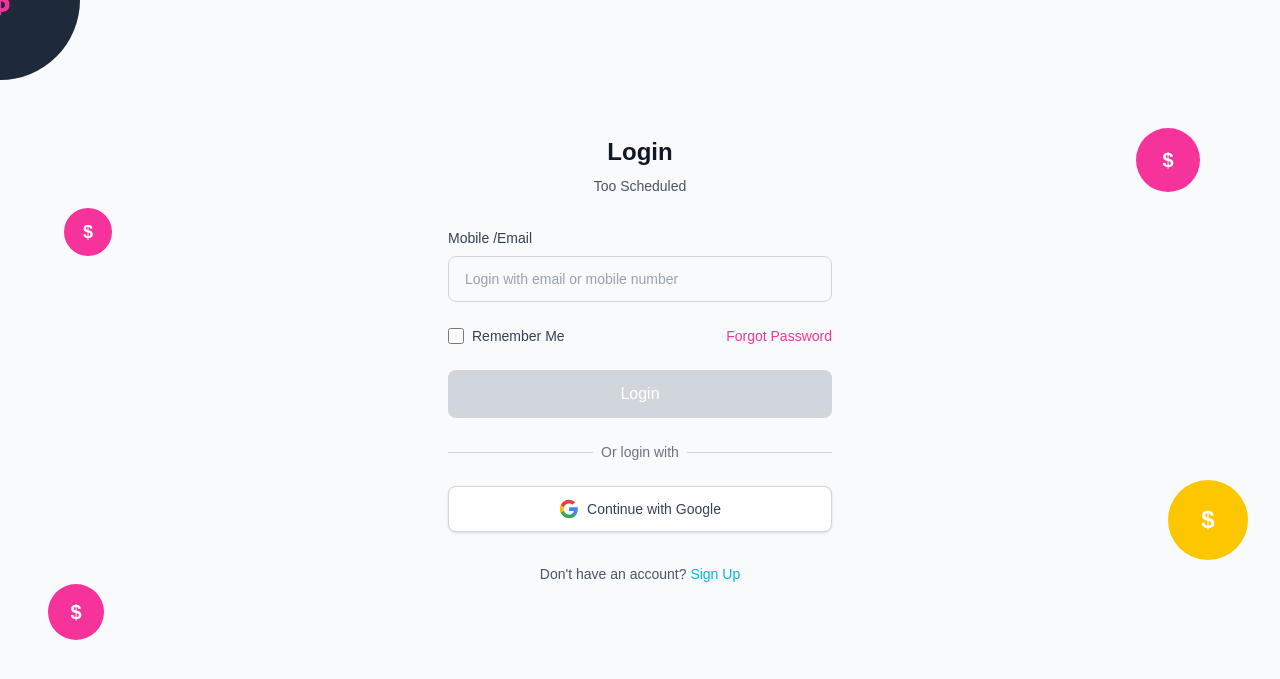
Repository: kiran2k5-ai/doctor-booking
Page: /login
The author's editor kept a copy of each file at every save. The page is drawn from the files as they stood at one save, then again after the next save.
The browser window is 1280 px wide. The pictures show the whole page.
The project was rebuilt for these pictures with package versions that can differ from the ones it lists, and the page was loaded fresh each time. The framework's server and built-in components were replaced by stand-ins that run in the browser. Also part of the build but not shown: next.config.ts.

Above is the page before, as saved 2025-07-29 20:29:31.

### src/app/login/page.tsx
'use client';

import { useState } from 'react';
import Link from 'next/link';
import { useRouter } from 'next/navigation';

export default function LoginPage() {
  const [contact, setContact] = useState('');
  const [isLoading, setIsLoading] = useState(false);
  const [error, setError] = useState('');
  const router = useRouter();
  const handleSubmit = async (e: React.FormEvent) => {
    e.preventDefault();
    setIsLoading(true);
    setError('');

    try {
      const response = await fetch('/api/auth/login', {
        method: 'POST',
        headers: {
          'Content-Type': 'application/json',
        },
        body: JSON.stringify({ contact }),
      });

      const data = await response.json();

      if (!response.ok) {
        throw new Error(data.error || 'Login failed');
      }

      // Store contact for OTP verification
      sessionStorage.setItem('loginContact', contact);

      // Navigate to OTP verification
      router.push('/otp-verification');

    } catch (err) {
      setError(err instanceof Error ? err.message : 'An error occurred');
    } finally {
      setIsLoading(false);
    }
  };

  return (
    <div className="min-h-screen bg-gray-50 relative overflow-hidden">
      {/* Floating Background Elements */}
      <div className="absolute inset-0 overflow-hidden">
        {/* Large dark circle */}
        <div className="absolute -top-20 -left-20 w-40 h-40 bg-gray-800 rounded-full flex items-center justify-center">
          <span className="text-pink-500 text-4xl font-bold">$</span>
        </div>

        {/* Small pink circles */}
        <div className="absolute top-32 right-20 w-16 h-16 bg-pink-500 rounded-full flex items-center justify-center">
          <span className="text-white text-xl font-bold">$</span>
        </div>

        <div className="absolute top-52 left-16 w-12 h-12 bg-pink-500 rounded-full flex items-center justify-center">
          <span className="text-white text-lg font-bold">$</span>
        </div>

        <div className="absolute bottom-40 right-8 w-20 h-20 bg-yellow-400 rounded-full flex items-center justify-center">
          <span className="text-white text-2xl font-bold">$</span>
        </div>

        <div className="absolute bottom-20 left-12 w-14 h-14 bg-pink-500 rounded-full flex items-center justify-center">
          <span className="text-white text-xl font-bold">$</span>
        </div>
      </div>

      {/* Main Content */}
      <div className="relative z-10 min-h-screen flex flex-col justify-center px-6 py-12">
        <div className="w-full max-w-sm mx-auto">
          {/* Header */}
          <div className="text-center mb-8">
            <h1 className="text-2xl font-semibold text-gray-900 mb-2">Login</h1>
            <p className="text-gray-600 text-sm">Too Scheduled</p>
          </div>

          {/* Login Form */}
          <form className="space-y-6" onSubmit={handleSubmit}>
            {/* Error Message */}
            {error && (
              <div className="bg-red-50 border border-red-200 rounded-lg p-3">
                <p className="text-red-600 text-sm">{error}</p>
              </div>
            )}

            {/* Mobile/Email Input */}
            <div>
              <label htmlFor="contact" className="block text-sm font-medium text-gray-700 mb-2">
                Mobile /Email
              </label>
              <input
                id="contact"
                name="contact"
                type="text"
                value={contact}
                onChange={(e) => setContact(e.target.value)}
                placeholder="Login with email or mobile number"
                className="w-full px-4 py-3 border border-gray-300 rounded-lg focus:ring-2 focus:ring-cyan-500 focus:border-transparent text-sm placeholder-gray-400"
                required
              />
            </div>

            {/* Remember Me & Forgot Password */}
            <div className="flex items-center justify-between">
              <div className="flex items-center">
                <input
                  id="remember-me"
                  name="remember-me"
                  type="checkbox"
                  className="h-4 w-4 text-cyan-500 focus:ring-cyan-500 border-gray-300 rounded"
                />
                <label htmlFor="remember-me" className="ml-2 block text-sm text-gray-700">
                  Remember Me
                </label>
              </div>
              <Link
                href="/forgot-password"
                className="text-sm text-pink-500 hover:text-pink-600"
              >
                Forgot Password
              </Link>
            </div>

            {/* Login Button */}
            <button
              type="submit"
              disabled={isLoading || !contact.trim()}
              className="w-full bg-cyan-400 hover:bg-cyan-500 disabled:bg-gray-300 disabled:cursor-not-allowed text-white font-medium py-3 px-4 rounded-lg transition duration-200"
            >
              {isLoading ? 'Sending OTP...' : 'Login'}
            </button>

            {/* Divider */}
            <div className="relative">
              <div className="absolute inset-0 flex items-center">
                <div className="w-full border-t border-gray-300" />
              </div>
              <div className="relative flex justify-center text-sm">
                <span className="px-2 bg-gray-50 text-gray-500">Or login with</span>
              </div>
            </div>

            {/* Google Login */}
            <button
              type="button"
              className="w-full flex items-center justify-center px-4 py-3 border border-gray-300 rounded-lg shadow-sm bg-white text-sm font-medium text-gray-700 hover:bg-gray-50 transition duration-200"
            >
              <svg className="w-5 h-5 mr-2" viewBox="0 0 24 24">
                <path
                  fill="#4285F4"
                  d="M22.56 12.25c0-.78-.07-1.53-.2-2.25H12v4.26h5.92c-.26 1.37-1.04 2.53-2.21 3.31v2.77h3.57c2.08-1.92 3.28-4.74 3.28-8.09z"
                />
                <path
                  fill="#34A853"
                  d="M12 23c2.97 0 5.46-.98 7.28-2.66l-3.57-2.77c-.98.66-2.23 1.06-3.71 1.06-2.86 0-5.29-1.93-6.16-4.53H2.18v2.84C3.99 20.53 7.7 23 12 23z"
                />
                <path
                  fill="#FBBC05"
                  d="M5.84 14.09c-.22-.66-.35-1.36-.35-2.09s.13-1.43.35-2.09V7.07H2.18C1.43 8.55 1 10.22 1 12s.43 3.45 1.18 4.93l2.85-2.22.81-.62z"
                />
                <path
                  fill="#EA4335"
                  d="M12 5.38c1.62 0 3.06.56 4.21 1.64l3.15-3.15C17.45 2.09 14.97 1 12 1 7.7 1 3.99 3.47 2.18 7.07l3.66 2.84c.87-2.6 3.3-4.53 6.16-4.53z"
                />
              </svg>
              Continue with Google
            </button>
          </form>

          {/* Sign Up Link */}
          <div className="mt-8 text-center">
            <p className="text-sm text-gray-600">
              Don't have an account?{' '}
              <Link
                href="/signup"
                className="text-cyan-500 hover:text-cyan-600 font-medium"
              >
                Sign Up
              </Link>
            </p>
          </div>
        </div>
      </div>
    </div>
  );
}

Loaded but not shown: src/app/layout.tsx (common file); src/app/globals.css (common file)

After the next save:
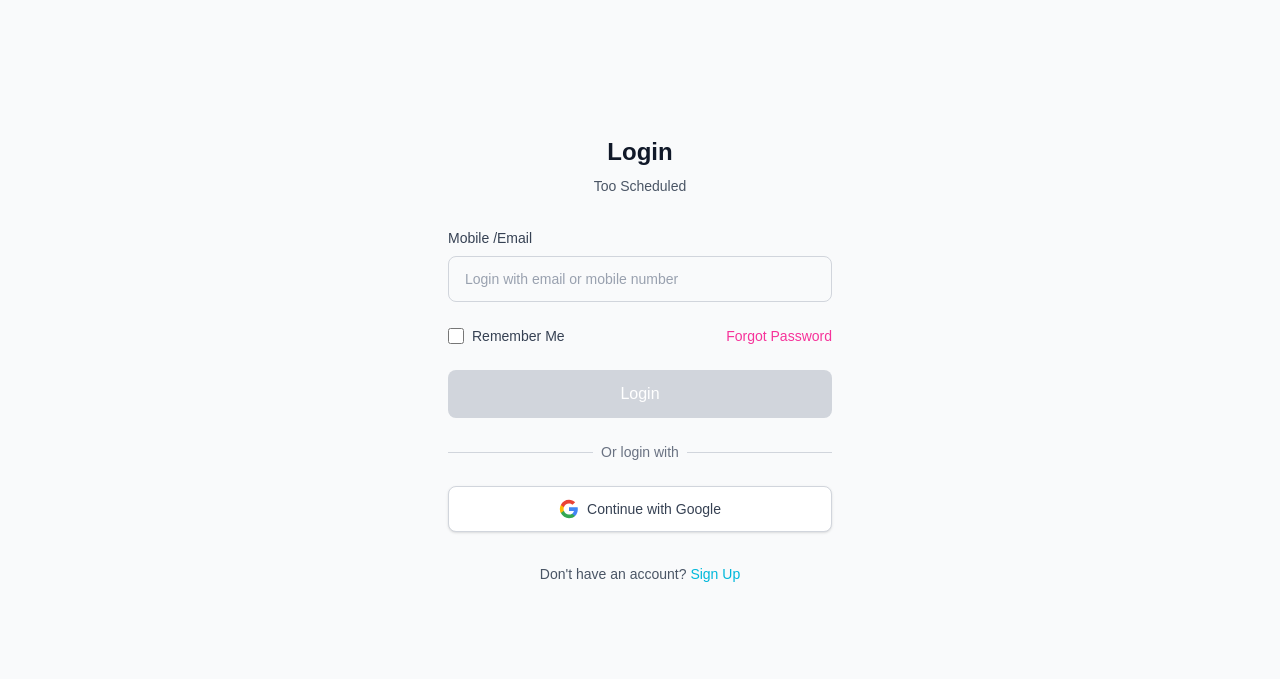
Saved 2 min 2 s later.
--- a/src/app/login/page.tsx
+++ b/src/app/login/page.tsx
@@ -43,34 +43,9 @@ export default function LoginPage() {
   };
 
   return (
-    <div className="min-h-screen bg-gray-50 relative overflow-hidden">
-      {/* Floating Background Elements */}
-      <div className="absolute inset-0 overflow-hidden">
-        {/* Large dark circle */}
-        <div className="absolute -top-20 -left-20 w-40 h-40 bg-gray-800 rounded-full flex items-center justify-center">
-          <span className="text-pink-500 text-4xl font-bold">$</span>
-        </div>
-
-        {/* Small pink circles */}
-        <div className="absolute top-32 right-20 w-16 h-16 bg-pink-500 rounded-full flex items-center justify-center">
-          <span className="text-white text-xl font-bold">$</span>
-        </div>
-
-        <div className="absolute top-52 left-16 w-12 h-12 bg-pink-500 rounded-full flex items-center justify-center">
-          <span className="text-white text-lg font-bold">$</span>
-        </div>
-
-        <div className="absolute bottom-40 right-8 w-20 h-20 bg-yellow-400 rounded-full flex items-center justify-center">
-          <span className="text-white text-2xl font-bold">$</span>
-        </div>
-
-        <div className="absolute bottom-20 left-12 w-14 h-14 bg-pink-500 rounded-full flex items-center justify-center">
-          <span className="text-white text-xl font-bold">$</span>
-        </div>
-      </div>
-
+    <div className="min-h-screen bg-gray-50">
       {/* Main Content */}
-      <div className="relative z-10 min-h-screen flex flex-col justify-center px-6 py-12">
+      <div className="min-h-screen flex flex-col justify-center px-6 py-12">
         <div className="w-full max-w-sm mx-auto">
           {/* Header */}
           <div className="text-center mb-8">
